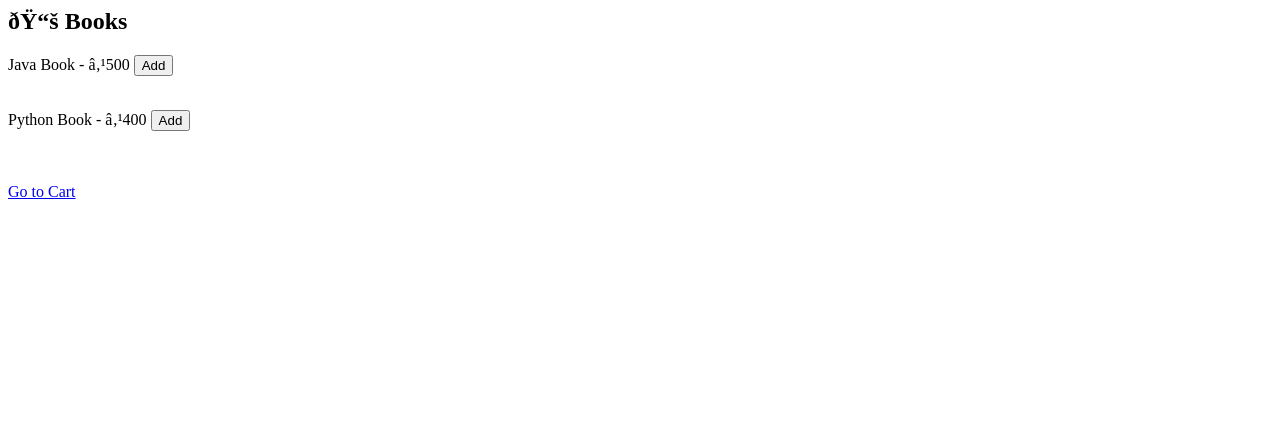
Repository: pranatirao365/WT
Page: http://localhost/ShoppingCartApp/products.jsp
These files come from the project's save history. The page is drawn as it stood at one moment and after the next save; the edit follows.
The browser window is 1280 px wide. The pictures show the whole page.
The page is served by Tomcat 10.

Above is the page before, as saved 2026-04-26 12:33:55.

After the next save:
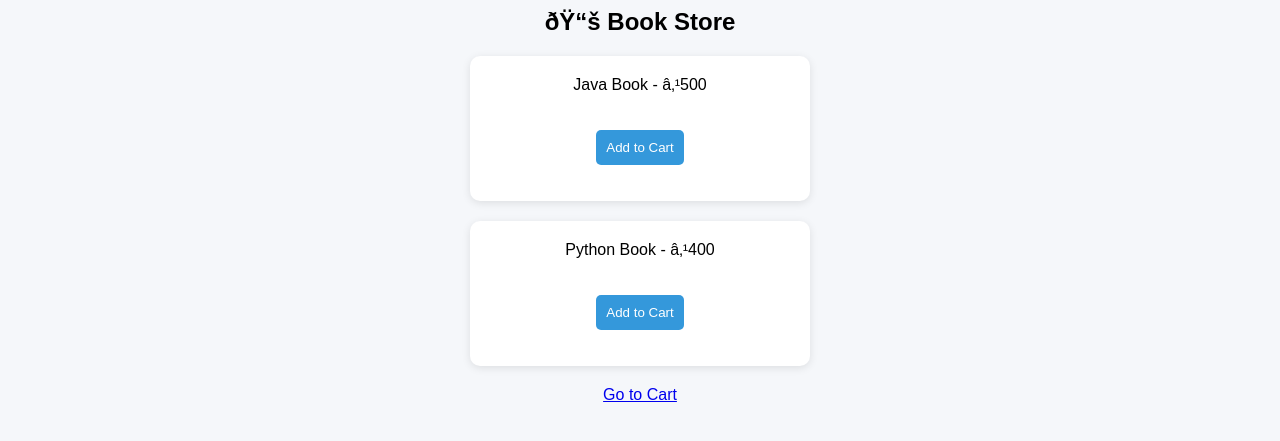
Saved 30 s later.
--- a/week-13/ShoppingCartApp/src/main/webapp/products.jsp
+++ b/week-13/ShoppingCartApp/src/main/webapp/products.jsp
@@ -1,25 +1,42 @@
 <html>
+<head>
+<style>
+body { font-family: Arial; background:#f5f7fa; text-align:center; }
+.card {
+    background:white; padding:20px; margin:20px auto;
+    width:300px; border-radius:10px;
+    box-shadow:0 2px 8px rgba(0,0,0,0.1);
+}
+button {
+    background:#3498db; color:white;
+    border:none; padding:10px; border-radius:5px;
+}
+button:hover { background:#2980b9; }
+</style>
+</head>
 <body>
 
-<h2>📚 Books</h2>
+<h2>📚 Book Store</h2>
 
+<div class="card">
+Java Book - ₹500
 <form action="add-to-cart" method="post">
-    Java Book - ₹500
-    <input type="hidden" name="name" value="Java Book">
-    <input type="hidden" name="price" value="500">
-    <button>Add</button>
+<input type="hidden" name="name" value="Java Book">
+<input type="hidden" name="price" value="500">
+<br><br>
+<button>Add to Cart</button>
 </form>
+</div>
 
-<br>
-
+<div class="card">
+Python Book - ₹400
 <form action="add-to-cart" method="post">
-    Python Book - ₹400
-    <input type="hidden" name="name" value="Python Book">
-    <input type="hidden" name="price" value="400">
-    <button>Add</button>
+<input type="hidden" name="name" value="Python Book">
+<input type="hidden" name="price" value="400">
+<br><br>
+<button>Add to Cart</button>
 </form>
-
-<br><br>
+</div>
 
 <a href="cart">Go to Cart</a>
 
